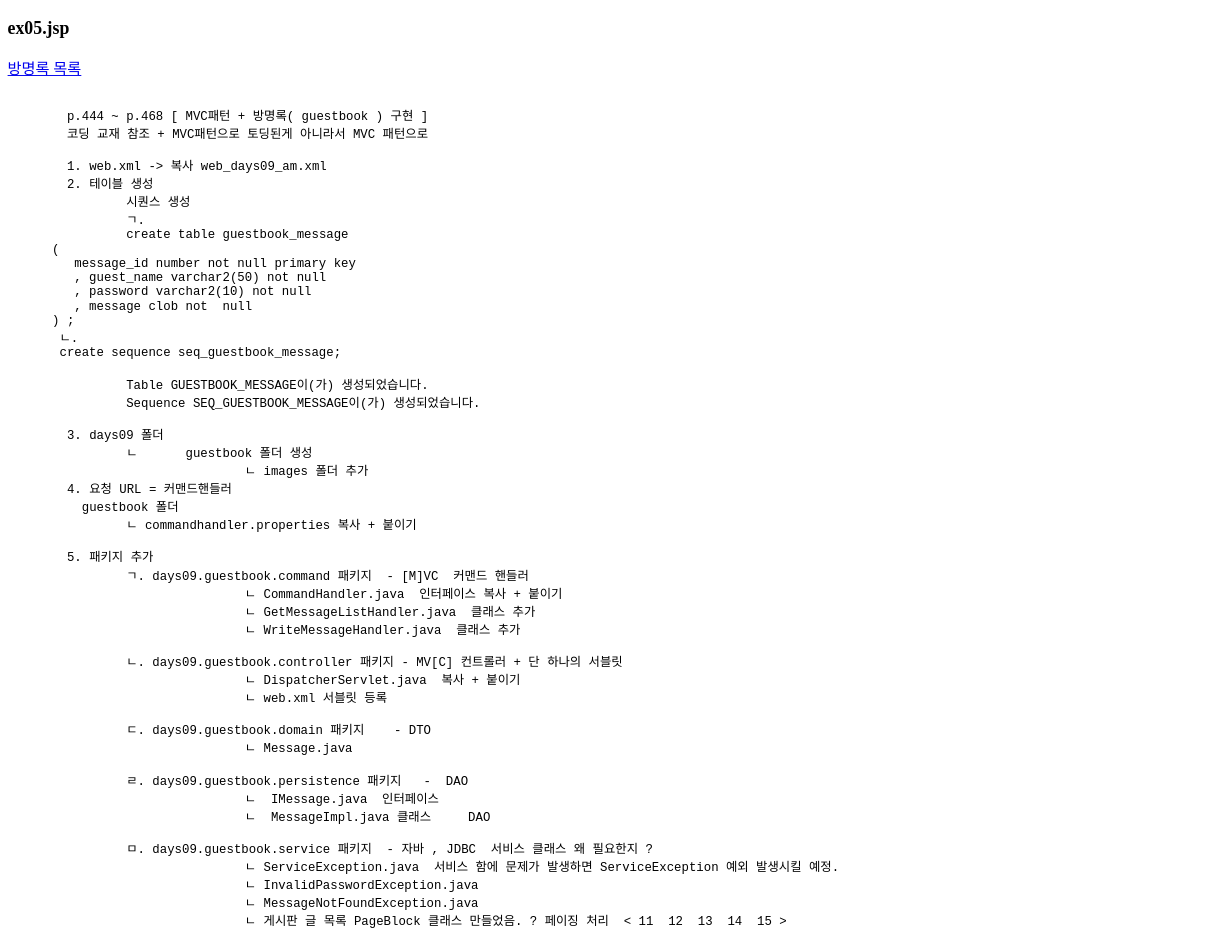
Repository: JavaYoo/kakao-emoticon-web-clone
Page: http://localhost/jspPro/days09/ex05.jsp
These files come from the project's save history. The page is drawn as it stood at one moment and after the next save; the edit follows.
The browser window is 1280 px wide. The pictures show the whole page, at 95% of full size.
The page is served by Tomcat 9.

Above is the page before, as saved 2022-06-24 05:47:43.

After the next save:
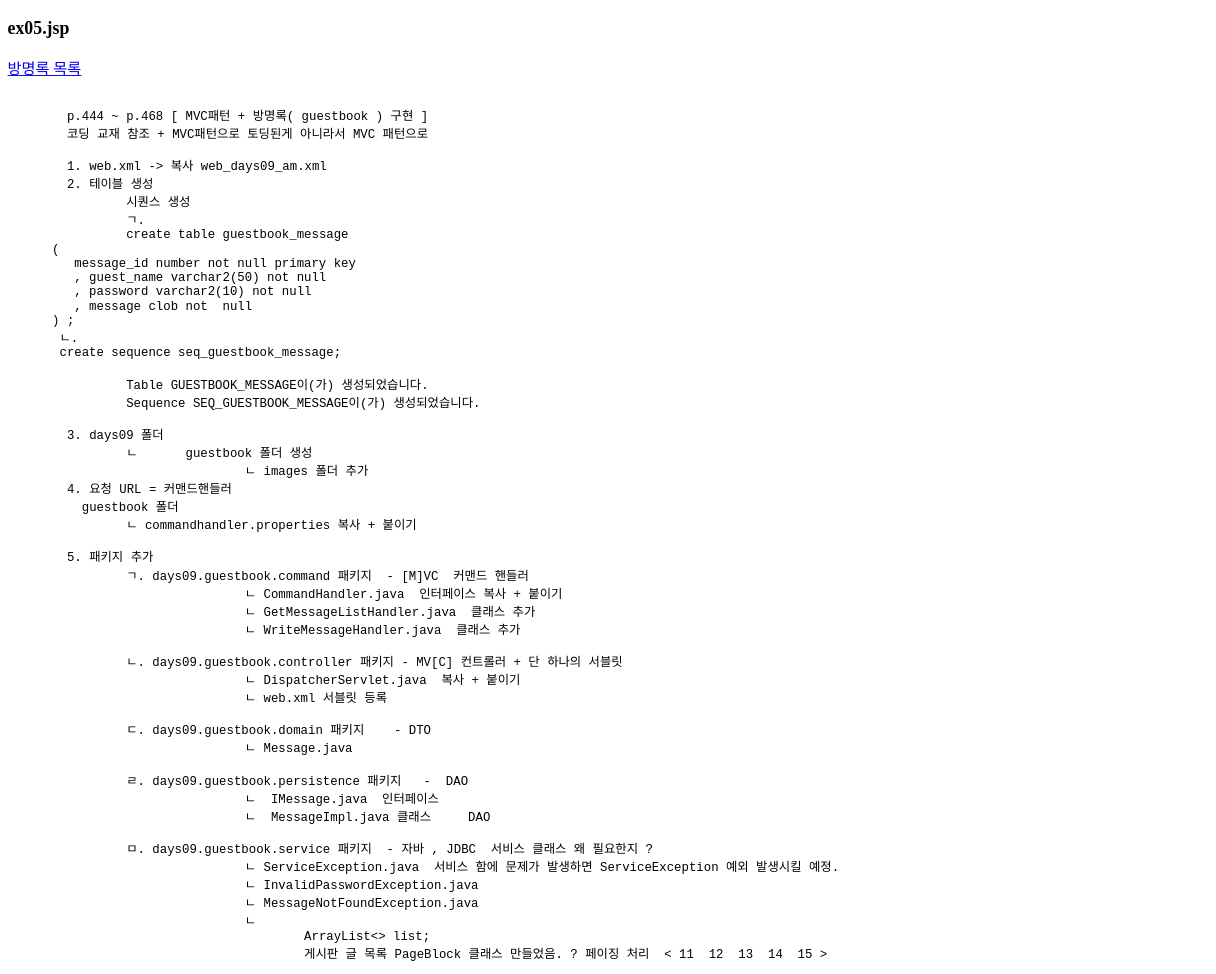
Saved 30 s later.
--- a/jspPro/src/main/webapp/days09/ex05.jsp
+++ b/jspPro/src/main/webapp/days09/ex05.jsp
@@ -67,7 +67,9 @@
 				ㄴ ServiceException.java  서비스 함에 문제가 발생하면 ServiceException 예외 발생시킬 예정.
 				ㄴ InvalidPasswordException.java
 				ㄴ MessageNotFoundException.java
-				ㄴ 게시판 글 목록 PageBlock 클래스 만들었음. ? 페이징 처리  < 11  12  13  14  15 >
+				ㄴ
+					ArrayList<> list;
+					게시판 글 목록 PageBlock 클래스 만들었음. ? 페이징 처리  < 11  12  13  14  15 >
 </pre>
 
 </body>
